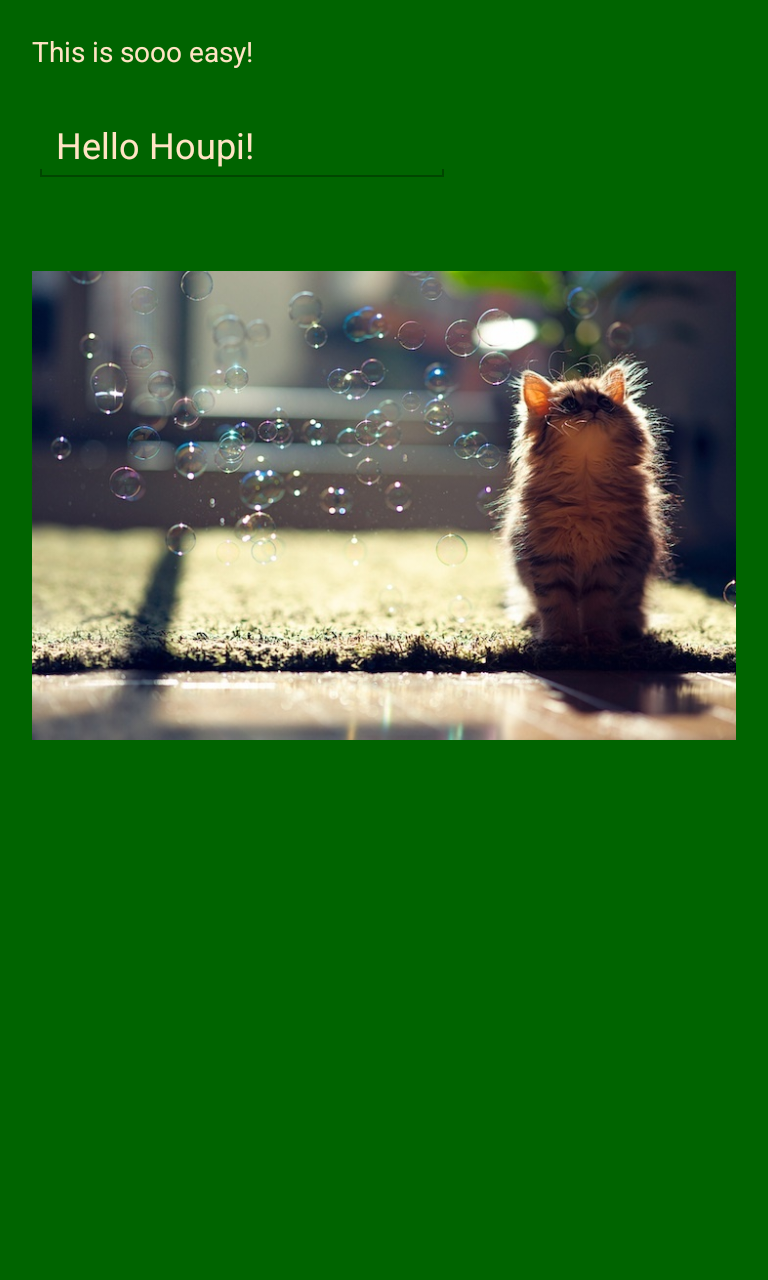
Repository: wzbbbb/bkp_home
Layout: java/Droid1/res/layout/activity_droid.xml
An editor plug-in stored every save of this project. The layout is shown before and after the next save, followed by the edit.
It is drawn on a 768 x 1280 px phone screen (xhdpi) without system bars, with theme AppTheme; the app's code is not run.

Above is the layout before, as saved 2013-09-21 18:21:23.

### java/Droid1/res/layout/activity_droid.xml
<RelativeLayout xmlns:android="http://schemas.android.com/apk/res/android"
    xmlns:tools="http://schemas.android.com/tools"
    android:layout_width="match_parent"
    android:layout_height="match_parent"
    android:background="@color/background_color"
    android:paddingBottom="@dimen/activity_vertical_margin"
    android:paddingLeft="@dimen/activity_horizontal_margin"
    android:paddingRight="@dimen/activity_horizontal_margin"
    android:paddingTop="@dimen/activity_vertical_margin"
    tools:context=".DroidActivity" >

    <TextView
        android:id="@+id/textView1"
        android:layout_width="wrap_content"
        android:layout_height="wrap_content"
        android:text="@string/test_output"
        android:textColor="@color/app_text_color" />

    <EditText
        android:id="@+id/editText1"
        android:layout_width="wrap_content"
        android:layout_height="wrap_content"
        android:layout_alignLeft="@+id/textView1"
        android:layout_below="@+id/textView1"
        android:layout_marginTop="18dp"
        android:ems="10"
        android:text="@string/hello_world"
        android:textColor="@color/app_text_color" />

    <ImageView
        android:id="@+id/imageView1"
        android:layout_width="wrap_content"
        android:layout_height="wrap_content"
        android:layout_alignLeft="@+id/editText1"
        android:layout_below="@+id/editText1"
        android:layout_marginTop="40dp"
        android:src="@drawable/cat_bubble" />

</RelativeLayout>

### java/Droid1/res/values/colors.xml
<?xml version="1.0" encoding="utf-8"?>
<resources>
    <color name="background_color">#006400</color>
    <color name="app_text_color">#FFE4C4</color>
    <color name="text_color_2">#00FF00</color>

</resources>

### java/Droid1/res/values/strings.xml
<?xml version="1.0" encoding="utf-8"?>
<resources>

    <string name="app_name">Droid #1</string>
    <string name="action_settings">Settings</string>
    <string name="hello_world">Hello Houpi!</string>
    <string name="test_output">This is sooo easy!</string>

</resources>

Loaded but not shown: java/Droid1/res/values/styles.xml (common file); java/Droid1/res/values-v11/styles.xml (common file); java/Droid1/res/values-v14/styles.xml (common file); java/Droid1/res/values/dimens.xml (common file)

After the next save:
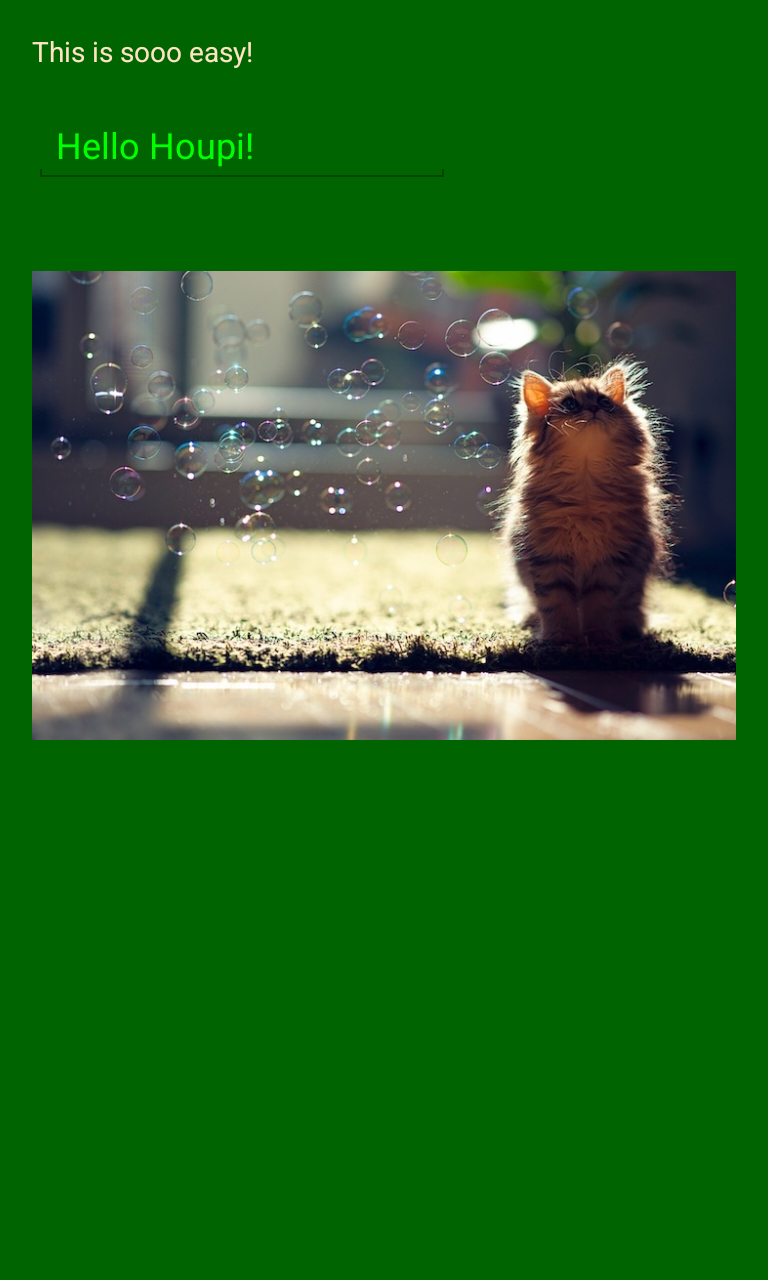
Saved 89 s later.
--- a/java/Droid1/res/layout/activity_droid.xml
+++ b/java/Droid1/res/layout/activity_droid.xml
@@ -25,7 +25,7 @@
         android:layout_marginTop="18dp"
         android:ems="10"
         android:text="@string/hello_world"
-        android:textColor="@color/app_text_color" />
+        android:textColor="@color/text_color_2" />
 
     <ImageView
         android:id="@+id/imageView1"
